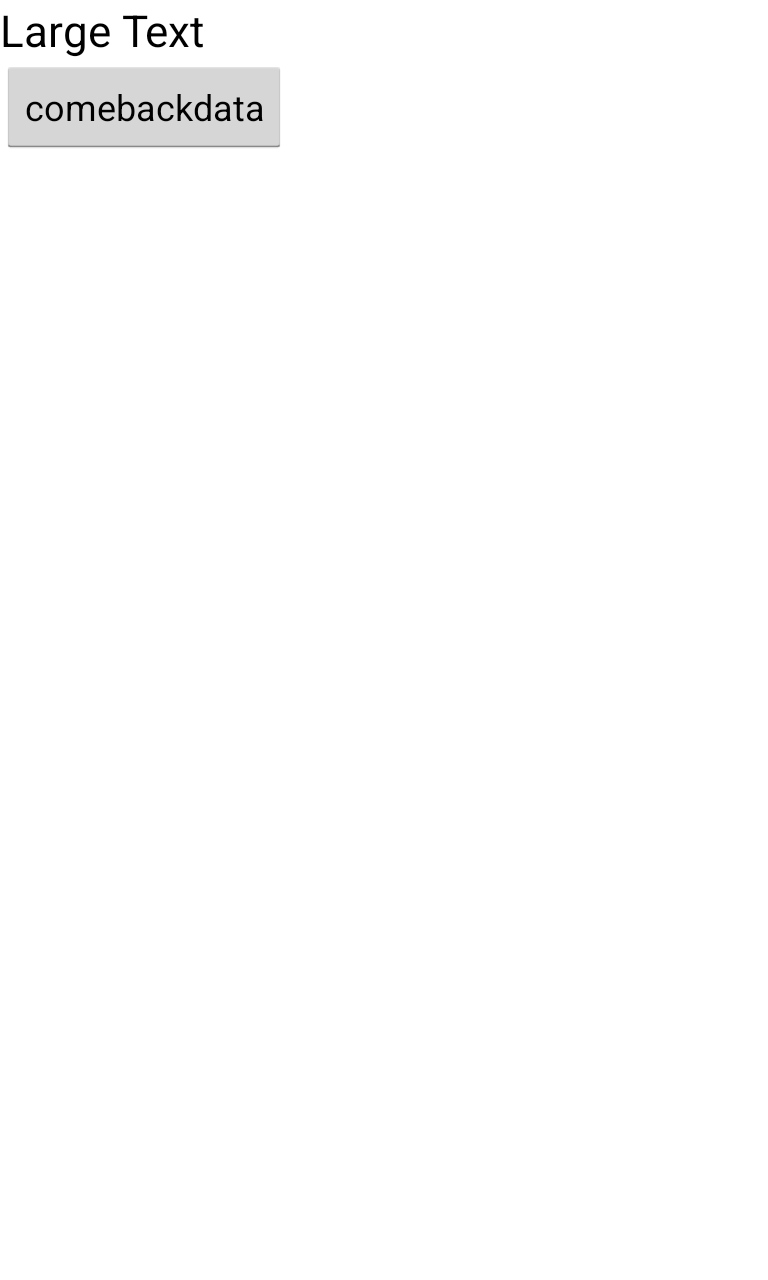
Repository: avenosu/android-coding-practice
Layout: Z001Activity/res/layout/aty1.xml
The author's editor kept a copy of each file at every save. The layout is drawn from the files as they stood at one save, then again after the next save.
It is drawn on a 768 x 1280 px phone screen (xhdpi) without system bars, with theme AppTheme; the app's code is not run.

Above is the layout before, as saved 2015-03-24 10:39:39.

### Z001Activity/res/layout/aty1.xml
<?xml version="1.0" encoding="utf-8"?>
<LinearLayout xmlns:android="http://schemas.android.com/apk/res/android"
    android:layout_width="match_parent"
    android:layout_height="match_parent"
    android:orientation="vertical" >

    <TextView
        android:id="@+id/textView1"
        android:layout_width="wrap_content"
        android:layout_height="wrap_content"
        android:text="Large Text"
        android:textAppearance="?android:attr/textAppearanceLarge" />

    <Button
        android:id="@+id/aty_button1_comebackdata"
        android:layout_width="wrap_content"
        android:layout_height="wrap_content"
        android:text="comebackdata" />

</LinearLayout>

Loaded but not shown: Z001Activity/res/values/styles.xml (common file); Z001Activity/res/values-v11/styles.xml (common file); Z001Activity/res/values-v14/styles.xml (common file)

After the next save:
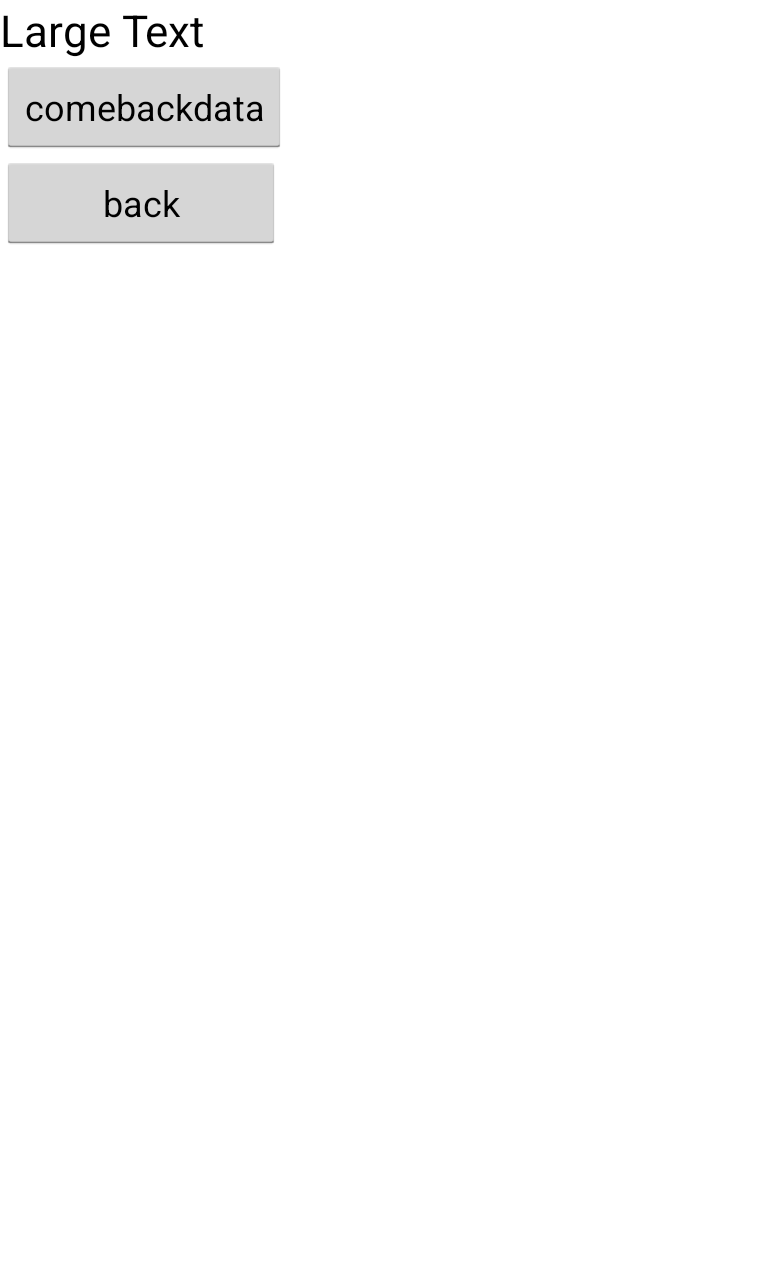
Saved 83 s later.
--- a/Z001Activity/res/layout/aty1.xml
+++ b/Z001Activity/res/layout/aty1.xml
@@ -17,4 +17,10 @@
         android:layout_height="wrap_content"
         android:text="comebackdata" />
 
+    <Button
+        android:id="@+id/aty1_button2_back"
+        android:layout_width="141dp"
+        android:layout_height="wrap_content"
+        android:text="back" />
+
 </LinearLayout>
